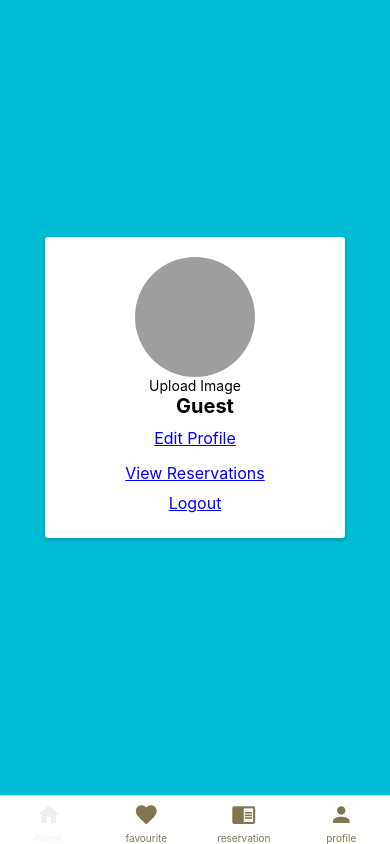
Repository: TemoshoS/restaurant-app
Screen: /profile
An editor plug-in stored every save of this project. The screen is shown before and after a run of saves, followed by the edit.
Pictures or frames that could not be fetched are drawn as grey boxes. The page's requests for data from a server got no answer. The app was drawn by React Native's web renderer in a window 390 px wide. The project was rebuilt for these pictures with package versions that can differ from the ones it lists, and the page was loaded fresh each time. No one was signed in, and anything a server would have sent is missing. Also part of the build but not shown: Screens/LoginScreen.js, Screens/RegisterScreen.js, components/navbar.js, components/search.js, Screens/RestaurantScreen.js, Screens/RestaurantDetailsScreen.js, Screens/MenuScreen.js, Screens/ReservationScreen.js and 5 more.

Above is the screen before, as saved 2023-12-27 14:44:00.

### App.js
// Import necessary components and modules
import React, { useEffect, useState } from 'react';
import { StyleSheet } from 'react-native';
import { NavigationContainer } from '@react-navigation/native';
import { createStackNavigator } from '@react-navigation/stack';
import { createBottomTabNavigator } from '@react-navigation/bottom-tabs';
import LoginScreen from './Screens/LoginScreen';
import HomeScreen from './Screens/HomeScreen';
import RegisterScreen from './Screens/RegisterScreen';
import RestaurantScreen from './Screens/RestaurantScreen';
import RestaurantDetailsScreen from './Screens/RestaurantDetailsScreen';
import MenuScreen from './Screens/MenuScreen';
import ReservationScreen from './Screens/ReservationScreen';
import PastReserevationScreen from './Screens/PastReserevationScreen';
import ProfileScreen from './Screens/ProfileScreen';
import store from './store/store';
import { Provider } from 'react-redux';
import MaterialCommunityIcons from 'react-native-vector-icons/MaterialCommunityIcons';
import FavoriteRestaurantScreen from './Screens/FavoriteRestaurantScreen';
import ForgotPasswordScreen from './Screens/ForgotPasswordScreen'
import Dashboard from './Screens/Dashboard';
import EditProfileScreen from './Screens/editProfileScreen';
import { auth } from './config/firebase';

const Stack = createStackNavigator();
const Tab = createBottomTabNavigator();

export default function App() {
  const [isAdmin, setIsAdmin] = useState(false);

  useEffect(() => {
    const checkAdminStatus = async () => {
      const user = auth.currentUser;
      const isAdminUser = user ? user.email === 'temosho@admin.co' : false;
      setIsAdmin(isAdminUser);
      console.log('isAdmin:', isAdminUser);
    };

    checkAdminStatus();
  }, []);

  function MainStack() {
    return (
      <Stack.Navigator initialRouteName='Welcome'>
        <Stack.Screen name="Restaurants" component={RestaurantScreen} options={{ headerShown: false }} />
        <Stack.Screen name='Welcome' component={HomeScreen} options={{ headerShown: false }} />
        <Stack.Screen name='editProfile' component={EditProfileScreen} options={{ headerShown: true }} />
        <Stack.Screen name='Login' component={LoginScreen} options={{ headerShown: false }} />
        <Stack.Screen name='Register' component={RegisterScreen} options={{ headerShown: false }} />
        <Stack.Screen name='Restaurant info' component={RestaurantDetailsScreen} options={{
          headerShown: true,
          headerStyle: {
            backgroundColor: '#83764F',
          },
          headerTitle: '',
          headerTitleStyle: {
            color: '#F3EEEA',
            fontWeight: 'bold',
            fontSize: 18,
          },
          headerTintColor: '#F3EEEA',
          headerBackTitleVisible: false,
          headerBackImage: () => (
            <MaterialCommunityIcons name="arrow-left" size={24} color="#F3EEEA" />
          ),
        }}  />
        <Stack.Screen name='Menu' component={MenuScreen} options={{
          headerShown: true,
          headerStyle: {
            backgroundColor: '#83764F',
          },
          headerTitle: '',
          headerTitleStyle: {
            color: '#F3EEEA',
            fontWeight: 'bold',
            fontSize: 18,
          },
          headerTintColor: '#F3EEEA',
          headerBackTitleVisible: false,
          headerBackImage: () => (
            <MaterialCommunityIcons name="arrow-left" size={24} color="#F3EEEA" />
          ),
        }} />
        {!isAdmin && (
          <Stack.Screen name='ReservationScreen' component={ReservationScreen} options={{
            headerShown: true,
            headerStyle: {
              backgroundColor: '#83764F',
            },
            headerTitle: '',
            headerTitleStyle: {
              color: '#F3EEEA',
              fontWeight: 'bold',
              fontSize: 18,
            },
            headerTintColor: '#F3EEEA',
            headerBackTitleVisible: false,
            headerBackImage: () => (
              <MaterialCommunityIcons name="arrow-left" size={24} color="#F3EEEA" />
            ),
          }}/>
        )}
        <Stack.Screen name='profile' component={ProfileScreen} options={{ headerShown: false }} />
        <Stack.Screen name='dashboard' component={Dashboard} options={{ headerShown: false }} />
        <Stack.Screen name='ForgotPasswordScreen' component={ForgotPasswordScreen} options={{ headerShown: false }} />
      </Stack.Navigator>
    );
  }

  function TabNavigator() {


    return (
      <Tab.Navigator
        tabBarOptions={{
          activeTintColor: '#F3EEEA',
          inactiveTintColor: '#83764F',
        }}
      >
        <Tab.Screen
          name="home"
          component={MainStack}
          options={{
            headerShown: false,
            tabBarIcon: ({ color, size }) => (
              <MaterialCommunityIcons name="home" color={color} size={size} />
            ),
          }}
        />
        {!isAdmin && (
          <Tab.Screen
            name="favourite"
            component={FavoriteRestaurantScreen}
            options={{
              headerShown: false,
              tabBarIcon: ({ color, size }) => (
                <MaterialCommunityIcons name="heart" color={color} size={size} />
              ),
            }}
          />
        )}
        {!isAdmin && (
          <Tab.Screen
            name="reservation"
            component={PastReserevationScreen}
            options={{
              headerShown: false,
              tabBarIcon: ({ color, size }) => (
                <MaterialCommunityIcons name="book-open" color={color} size={size} />
              ),
            }}
          />
        )}
        <Tab.Screen
          name="profile"
          component={ProfileScreen}
          options={{
            headerShown: false,
            tabBarIcon: ({ color, size }) => (
              <MaterialCommunityIcons name="account" color={color} size={size} />
            ),
          }}
        />
      </Tab.Navigator>
    );
  }

  return (
    <Provider store={store}>
      <NavigationContainer>
        <TabNavigator />
      </NavigationContainer>
    </Provider>
  );
}

const styles = StyleSheet.create({
  container: {
    flex: 1,
    backgroundColor: 'black',
    alignItems: 'center',
    justifyContent: 'center',
  },
});

### Screens/HomeScreen.js
import { StyleSheet, Text, View, Image, TouchableOpacity } from 'react-native'
import { useState, useEffect } from 'react';
import { FontAwesome } from '@expo/vector-icons';
import { getAuth, onAuthStateChanged } from 'firebase/auth';
import { useNavigation } from '@react-navigation/native';
import { auth } from '../config/firebase';

const HomeScreen = () => {
    const [user, setUser] = useState(null);
    const navigation = useNavigation();

    useEffect(() => {
        const auth = getAuth();


        const unsubscribe = onAuthStateChanged(auth, (authUser) => {
          if (authUser) {
            setUser(authUser);
          } else {
            setUser(null);
          }
        });

        return () => unsubscribe();
      }, []);




  return (
      <View style={styles.container}>

          <View >
              <FontAwesome style={styles.circle} name="circle" size={140} color="#D9D9D9" />
          </View>

          <Image
              source={require('../assets/cartoon-1299636_1920.png')}
              style={{ width: 200, height: 265.56 }}
          />


          <Text style={styles.welcomeTxt}>Welcome!</Text>
          <Text style={styles.dineTxt}>Dine with your friends</Text>


          <View>
              <TouchableOpacity
                  style={styles.getButton}
                  onPress={() => {
                      if (user) {
                          navigation.navigate('Restaurants')
                      } else {
                          navigation.navigate('Login')
                      }
                  }}
              >
                  <Text style={styles.getTxt}>Get started</Text>

              </TouchableOpacity>
          </View>

      </View>
  )
}

export default HomeScreen

const styles = StyleSheet.create({
    container:{
        flex:1,

        height: 932,
        justifyContent: 'center',
        alignItems:'center',
        backgroundColor: '#83764F',
    },
    circle:{
        marginLeft: 370,
        marginTop: -160,

    },
    welcomeTxt:{
        fontSize: 64,
        fontFamily: 'italiana',
        marginTop: 100,
        color: '#ccc',

    },
    dineTxt:{
        fontSize: 20,
        fontFamily: 'Nothing You Could Do',
        marginBottom: 150,
        color: '#ccc',

    },
    getButton:{
        alignItems: 'center',
        justifyContent: 'center',
        backgroundColor: '#ccc',
        width: 304,
        height: 78,
        borderRadius: 30
    },
    getTxt:{
        color: '#83764F',
        fontSize: 24,
        fontWeight:'bold'
    }
})

### Screens/ProfileScreen.js
import React, { useState, useEffect } from 'react';
import { View, Text, TouchableOpacity, StyleSheet, Image } from 'react-native';
import { getAuth, onAuthStateChanged, signOut } from 'firebase/auth';
import { useNavigation } from '@react-navigation/native';
import * as ImagePicker from 'expo-image-picker';



const ProfileScreen = () => {
  const [currentUser, setCurrentUser] = useState(null);
  const [loading, setLoading] = useState(false);
  const navigation = useNavigation();
  const auth = getAuth();
  const user = auth.currentUser;
  const userId = user ? user.uid : null;
  const isAdmin = user ? user.email === 'temosho@admin.co' : false;
  const [image, setImage] = useState(null);
  useEffect(() => {
    const unsubscribe = onAuthStateChanged(auth, (user) => {
      if (user) {
        setCurrentUser(user.displayName);
      } else {
        setCurrentUser(null);
      }
    });

    return () => unsubscribe();
  }, []);

  const onLogout = () => {
    setLoading(true);

    signOut(auth)
      .then(() => {
        setLoading(false);
        navigation.navigate('Welcome');
      })
      .catch((error) => {
        setLoading(false);
        console.error('Logout error:', error);
      });
  };

  const navigateToPastReservations = () => {
    navigation.navigate('reservation');
  };

  const navigateToEditProfile = () => {
    navigation.navigate('editProfile');
  }

  const adminOrders = () => {
    navigation.navigate('dashboard');
  };

  const pickImage = async () => {
    try {
      let result = await ImagePicker.launchImageLibraryAsync({
        mediaTypes: ImagePicker.MediaTypeOptions.Images,
        allowsEditing: true,
        aspect: [4, 3],
        quality: 1,
      });

      if (!result.cancelled) {
        setImage(result.uri);


        const contentType = "image/jpeg";

        const response = await fetch(result.uri);
        const blob = await response.blob();


        const imageRef = ref(storage, `restaurantImages/${newMenuItem.menuName}`);
        await uploadBytes(imageRef, blob, { contentType });
      }
    } catch (error) {
      console.error('Error picking image:', error);
    }
  };

  return (
    <View style={styles.container}>
      <View style={styles.card}>
      {image ? (
          <Image
            source={{ uri: image }}
            style={styles.profileImage}
          />
        ) : (
          <Image
          source={{ uri: 'https://bootdey.com/img/Content/avatar/avatar6.png' }}
            style={styles.profileImage}
          />
        )}
        <TouchableOpacity style={styles.modalButton} onPress={pickImage}>
              <Text style={styles.modalButtonText}>Upload Image</Text>
            </TouchableOpacity>
        <View style={styles.profileInfo}>
          <Text style={styles.profileName}>{currentUser ? currentUser : 'Guest'}</Text>
          {user && <Text style={styles.profileEmail}>Email: {user.email}</Text>}
        </View>

        <TouchableOpacity onPress={navigateToEditProfile}>
          <Text style={styles.editProfileButton}>Edit Profile</Text>
        </TouchableOpacity>

        {loading && <ActivityIndicator size="small" color="#0000ff" />}

        {isAdmin ? (
          <TouchableOpacity onPress={adminOrders}>
            <Text style={styles.logoutText}>Dashboard</Text>
          </TouchableOpacity>
        ) : (
          <TouchableOpacity onPress={navigateToPastReservations}>
            <Text style={styles.logoutText}>View Reservations</Text>
          </TouchableOpacity>
        )}
        <TouchableOpacity onPress={onLogout} disabled={loading}>
          <Text style={styles.logoutText}>Logout</Text>
        </TouchableOpacity>
      </View>
    </View>
  );
};

const styles = StyleSheet.create({
  container: {
    flex: 1,
    alignItems: 'center',
    justifyContent: 'center',
    backgroundColor: '#00bcd4',
  },
  card: {
    width: 300,
    padding: 20,
    borderRadius: 3,
    backgroundColor: 'white',
    shadowColor: 'black',
    shadowOffset: { width: 0, height: 2 },
    shadowOpacity: 0.2,
    shadowRadius: 4,
    elevation: 3,
    marginBottom: 20,
    alignItems: 'center',
    justifyContent: 'center',
  },
  profileImage: {
    width: 120,
    height: 120,
    borderRadius: 60,
  },
  profileInfo: {
    marginLeft: 20,
  },
  profileName: {
    fontSize: 20,
    fontWeight: 'bold',
  },
  profileEmail: {
    fontSize: 16,
  },
  profileBio: {
    fontSize: 14,
    color: '#5A5A5A',
    marginTop: 5,
  },
  editProfileButton: {
    color: 'blue',
    fontSize: 16,
    textDecorationLine: 'underline',
    marginVertical: 10,
  },
  badgesCard: {
    flexDirection: 'row',
    padding: 10,
    borderRadius: 3,
    backgroundColor: '#00bcd4',
    color: '#fff',
    width: 280,
    shadowColor: 'black',
    shadowOffset: { width: 0, height: 2 },
    shadowOpacity: 0.2,
    shadowRadius: 4,
    elevation: 3,
    position: 'absolute',
    bottom: 10,
  },
  badgeIcon: {
    fontSize: 16,
    margin: 0,
    opacity: 0.6,
    marginRight: 6,
  },
  logoutText: {
    color: 'blue',
    fontSize: 16,
    textDecorationLine: 'underline',
    marginVertical: 5,
  },
});

export default ProfileScreen;

### store/store.js
import { createStore, applyMiddleware, combineReducers } from 'redux';
import thunk from 'redux-thunk';
import restaurantsReducer from '../reducers/restaurantsReducer';
import reserveReducer from '../reducers/reserveReducer';
import authReducer from '../reducers/authReducer';
import favoriteRestaurantsReducer from '../reducers/favoriteRestaurantsReducer';


const rootReducer = combineReducers({
  restaurants: restaurantsReducer,
  reservation: reserveReducer,
  auth: authReducer,
  favoriteRestaurants: favoriteRestaurantsReducer,

});

const store = createStore(rootReducer, applyMiddleware(thunk));

export default store;

### config/firebase.js
// Import the functions you need from the SDKs you need
import { initializeApp } from "firebase/app";
import { getAnalytics } from "firebase/analytics";

import {getAuth} from 'firebase/auth';
import {getFirestore} from 'firebase/firestore'
// TODO: Add SDKs for Firebase products that you want to use
// https://firebase.google.com/docs/web/setup#available-libraries

// Your web app's Firebase configuration
// For Firebase JS SDK v7.20.0 and later, measurementId is optional
const firebaseConfig = {
  apiKey: "AIzaSyDa4_cUmrR60k82VypxJ_US-F7FEiItCL4",
  authDomain: "restaurant-app-da7bc.firebaseapp.com",
  projectId: "restaurant-app-da7bc",
  storageBucket: "restaurant-app-da7bc.appspot.com",
  messagingSenderId: "598136487640",
  appId: "1:598136487640:web:f77577fdc1710db8c1a1ad",
  measurementId: "G-6D4DHL06Z0"
};

// Initialize Firebase
const app = initializeApp(firebaseConfig);
const analytics = getAnalytics(app);

const auth = getAuth(app)
const db = getFirestore(app)
export {auth, db}

### actions/authActions.js
import { sendPasswordResetEmail } from 'firebase/auth';
import { auth } from '../config/firebase';
import { getAuth, onAuthStateChanged, signOut } from 'firebase/auth';
export const LOGIN_SUCCESS = 'LOGIN_SUCCESS';
export const REGISTER_SUCCESS = 'REGISTER_SUCCESS';
export const FORGOT_PASSWORD_REQUEST = 'FORGOT_PASSWORD_REQUEST';
export const FORGOT_PASSWORD_SUCCESS = 'FORGOT_PASSWORD_SUCCESS';
export const FORGOT_PASSWORD_FAILURE = 'FORGOT_PASSWORD_FAILURE';
export const LOGOUT = 'LOGOUT';

export const loginSuccess = (user) => ({
  type: LOGIN_SUCCESS,
  payload: user,
});

export const registerSuccess = (user) => ({
  type: REGISTER_SUCCESS,
  payload: user,
});

export const forgotPasswordRequest = () => ({
  type: FORGOT_PASSWORD_REQUEST,
});

export const forgotPasswordSuccess = () => ({
  type: FORGOT_PASSWORD_SUCCESS,
});

export const forgotPasswordFailure = (error) => ({
  type: FORGOT_PASSWORD_FAILURE,
  payload: error,
});

export const forgotPassword = (email) => {
  return async (dispatch) => {
    dispatch(forgotPasswordRequest());

    try {
      await sendPasswordResetEmail(auth, email);
      dispatch(forgotPasswordSuccess());
    } catch (error) {
      dispatch(forgotPasswordFailure(error));
    }
  };
};

export const logout = () => ({
  type: LOGOUT,
});

### actions/restaurant.js
import { db } from "../config/firebase";
import { collection ,getDocs} from "firebase/firestore";

export const FETCH_RESTAURANTS = 'FETCH_RESTAURANTS';

export const fetchRestaurants = () => {
  return async (dispatch) => {
    const restaurantsCollection = collection(db, 'restaurants');
    const snapshot = await getDocs(restaurantsCollection);
    const restaurants = [];
    snapshot.forEach((doc) => {
      restaurants.push(doc.data());
    });
    dispatch({ type: FETCH_RESTAURANTS, payload: restaurants });
  };
};

### actions/reserveAction.js
import { db } from "../config/firebase";
import { collection, addDoc, getDocs, query, where } from "firebase/firestore";

export const RESERVE_SUCCESS = "RESERVE_SUCCESS";
export const RESERVE_FAILURE = "RESERVE_FAILURE";
export const FETCH_ALL_RESERVATIONS = 'FETCH_ALL_RESERVATIONS';
export const FETCH_PAST_RESERVATIONS = 'ETCH_PAST_RESERVATIONS';


export const reserveTable = (reservationData) => {
  return async (dispatch) => {
    try {
      // Save the reservation data to Firestore
      const ordersCollection = collection(db, "Orders");
      const docRef = await addDoc(ordersCollection, reservationData);


      dispatch({ type: RESERVE_SUCCESS, payload: docRef });
    } catch (error) {

      dispatch({ type: RESERVE_FAILURE, payload: error.message });
    }
  };
};

export const fetchPastReservations = (userId) => {
  return async (dispatch) => {
    try {

      //query to fetch reservations based on the userId
      const reservationsCollection = collection(db, 'Orders');
      const userQuery = query(reservationsCollection, where('userId', '==', userId));

      const snapshot = await getDocs(userQuery);

      const pastReservations = [];
      snapshot.forEach((doc) => {
        pastReservations.push(doc.data());
      });


      dispatch({ type: FETCH_PAST_RESERVATIONS, payload: pastReservations });
    } catch (error) {
      // Handle errors
      console.error('Error fetching past reservations:', error);
    }
  };
}


export const fetchAllReservations = () => {
  return async (dispatch) => {
    try {
      // Query to fetch all reservations
      const reservationsCollection = collection(db, 'Orders');
      const snapshot = await getDocs(reservationsCollection);
      const allReservations = [];

      snapshot.forEach((doc) => {
        allReservations.push(doc.data());
      });

      dispatch({ type: FETCH_ALL_RESERVATIONS, payload: allReservations });
    } catch (error) {
      console.error('Error fetching all reservations:', error);
    }
  };
};

### reducers/restaurantsReducer.js
import { FETCH_RESTAURANTS } from "../actions/restaurant";


const initialState = {
    restaurants: [],
};

const restaurantsReducer = (state = initialState, action) =>{

    switch (action.type) {
        case FETCH_RESTAURANTS:
          return { ...state, restaurants: action.payload };
        default:
          return state;
      }


};

export default restaurantsReducer;

### reducers/reserveReducer.js
import { RESERVE_SUCCESS, RESERVE_FAILURE, FETCH_PAST_RESERVATIONS,FETCH_ALL_RESERVATIONS } from "../actions/reserveAction";

const initialState = {
  reservationSuccess: null,
  reservationError: null,
  pastReservations: [],
  allReservations: [],
  loading: false,
};

const reserveReducer = (state = initialState, action) => {
  switch (action.type) {
    case RESERVE_SUCCESS:
      return { ...state, reservationSuccess: action.payload, reservationError: null };
    case RESERVE_FAILURE:
      return { ...state, reservationSuccess: null, reservationError: action.payload };
    case FETCH_PAST_RESERVATIONS:
      return { ...state, pastReservations: action.payload };
      case FETCH_ALL_RESERVATIONS:
        return { ...state, allReservations: action.payload, loading: false };
    default:
      return state;
  }
};

export default reserveReducer;

### reducers/authReducer.js
import {
  LOGIN_SUCCESS,
  REGISTER_SUCCESS,
  LOGOUT ,
  FORGOT_PASSWORD_REQUEST,
  FORGOT_PASSWORD_SUCCESS,
  FORGOT_PASSWORD_FAILURE,} from '../actions/authActions';

const initialState = {
  user: null,
  isAuthenticated: false,
  forgotPasswordLoading: false,
  forgotPasswordSuccess: false,
  forgotPasswordError: null,

};

const authReducer = (state = initialState, action) => {
  switch (action.type) {
    case LOGIN_SUCCESS:
    case REGISTER_SUCCESS:
      return {
        ...state,
        user: action.payload,
        isAuthenticated: true,
      };
      case FORGOT_PASSWORD_REQUEST:
        return {
          ...state,
          forgotPasswordLoading: true,
          forgotPasswordSuccess: false,
          forgotPasswordError: null,
        };
      case FORGOT_PASSWORD_SUCCESS:
        return {
          ...state,
          forgotPasswordLoading: false,
          forgotPasswordSuccess: true,
          forgotPasswordError: null,
        };
      case FORGOT_PASSWORD_FAILURE:
      return {
        ...state,
        forgotPasswordLoading: false,
        forgotPasswordSuccess: false,
        forgotPasswordError: action.payload,
      };
    case LOGOUT:
      return {
        ...state,
        user: null,
        isAuthenticated: false,
      };
    default:
      return state;
  }
};

export default authReducer;

### reducers/favoriteRestaurantsReducer.js
import { FETCH_FAV_RESTAURANTS } from "../actions/favoriteRestaurantActions";


const initialState = {
    favRestaurants: [],
};

const favRestaurantsReducer = (state = initialState, action) =>{

    switch (action.type) {
        case FETCH_FAV_RESTAURANTS:
          return { ...state, favRestaurants: action.payload };
        default:
          return state;
      }


};

export default favRestaurantsReducer;

### actions/favoriteRestaurantActions.js
import { db } from "../config/firebase";
import { collection ,getDocs} from "firebase/firestore";

export const FETCH_FAV_RESTAURANTS = 'FETCH_FAV_RESTAURANTS';

export const fetchFavouriteRestaurants = () => {
  return async (dispatch) => {
    const restaurantsCollection = collection(db, 'favouriteRestaurants');
    const snapshot = await getDocs(restaurantsCollection);
    const favRestaurants = [];
    snapshot.forEach((doc) => {
      favRestaurants.push(doc.data());
    });
    dispatch({ type: FETCH_FAV_RESTAURANTS, payload: favRestaurants });
  };
};

After the next 4 saves:
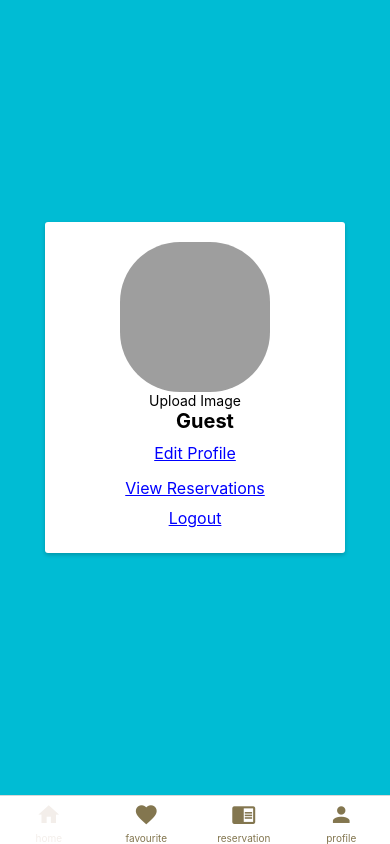
The 4 saves are shown as one change because they came seconds apart.
The last was saved 54 s later.
--- a/Screens/ProfileScreen.js
+++ b/Screens/ProfileScreen.js
@@ -147,8 +147,8 @@ const styles = StyleSheet.create({
     justifyContent: 'center',
   },
   profileImage: {
-    width: 120,
-    height: 120,
+    width: 150,
+    height: 150,
     borderRadius: 60,
   },
   profileInfo: {
